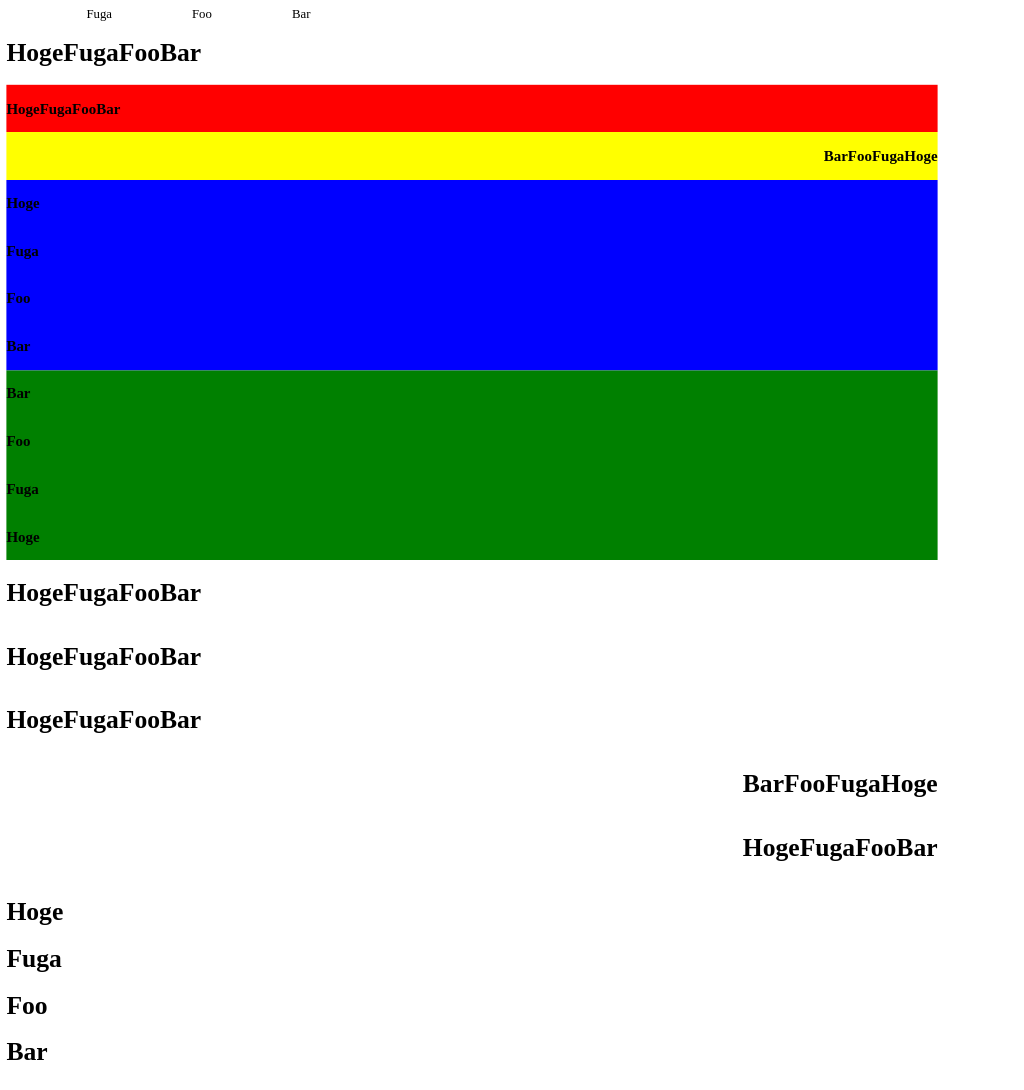
Repository: sachiko23/samurai_HTML-CSS
Page: flexbox.html
The author's editor kept a record of every edit. The page is drawn from the files as they stood at one moment, then again after the next edit.
The browser window is 1280 px wide. The pictures show the whole page, at 80% of full size.

Above is the page before.

### flexbox.html
<html lang="ja">
    <head>
        <style>
            .sort {
                display: flex;
                flex-wrap: wrap;
            }
            div {
                margin-right: 100px;
            }
            .parent {
                display: flex;
            }
            #sort {
                display: flex;
                flex-direction: row;
                background-color: red;
            }

            #reverse {
                display: flex;
                flex-direction: row-reverse;
                background-color: yellow;
            }

            #column {
                display: flex;
                flex-direction: column;
                background-color: blue;
            }

            #column-reverse {
                display: flex;
                flex-direction: column-reverse;
                background-color: green;
            }
            #no-wrap {
                display: flex;
                flex-wrap: nowrap;
            }
            #wrap {
                display: flex;
                flex-wrap: wrap;
            }
            #wrap-reverse {
                display: flex;
                flex-wrap: wrap-reverse;
            }
            #flex-flow {
                display: flex;
                flex-flow: row-reverse wrap;
            }
            #flex-end {
                display: flex;
                justify-content: flex-end;
            }
            #flex-start {
                display: flex;
                align-items: flex-start;
            }
            #stretch {
                display: flex;
                align-content: stretch;
            }

        </style>
    </head>
    <body>
        <div class="sort">
            <div>

            </div>
            <div>
                Fuga
            </div>
            <div>
                Foo
            </div>
            <div>
                Bar
            </div>
        </div>
        <div class="parent">
            <h1>Hoge</h1>
            <h1>Fuga</h1>
            <h1>Foo</h1>
            <h1>Bar</h1>
        </div>
        <div id="sort">
            <h3>Hoge</h3>
            <h3>Fuga</h3>
            <h3>Foo</h3>
            <h3>Bar</h3>
        </div>
        <div id="reverse">
            <h3>Hoge</h3>
            <h3>Fuga</h3>
            <h3>Foo</h3>
            <h3>Bar</h3>
        </div>
        <div id="column">
            <h3>Hoge</h3>
            <h3>Fuga</h3>
            <h3>Foo</h3>
            <h3>Bar</h3>
        </div>
        <div id="column-reverse">
            <h3>Hoge</h3>
            <h3>Fuga</h3>
            <h3>Foo</h3>
            <h3>Bar</h3>
        </div>
        <div id="no-wrap">
            <h1>Hoge</h1>
            <h1>Fuga</h1>
            <h1>Foo</h1>
            <h1>Bar</h1>
        </div>
        <div id="wrap">
            <h1>Hoge</h1>
            <h1>Fuga</h1>
            <h1>Foo</h1>
            <h1>Bar</h1>
        </div>
        <div id="wrap-reverse">
            <h1>Hoge</h1>
            <h1>Fuga</h1>
            <h1>Foo</h1>
            <h1>Bar</h1>
        </div>
        <div id="flex-flow">
            <h1>Hoge</h1>
            <h1>Fuga</h1>
            <H1>Foo</H1>
            <h1>Bar</h1>
        </div>
        <div id="flex-end">
            <h1>Hoge</h1>
            <h1>Fuga</h1>
            <h1>Foo</h1>
            <h1>Bar</h1>
        </div>
        <div id="flex-starrt">
            <h1>Hoge</h1>
            <h1>Fuga</h1>
            <h1>Foo</h1>
            <h1>Bar</h1>
        </div>
        <div id="stretch"
    </body>
</html>

After the next edit:
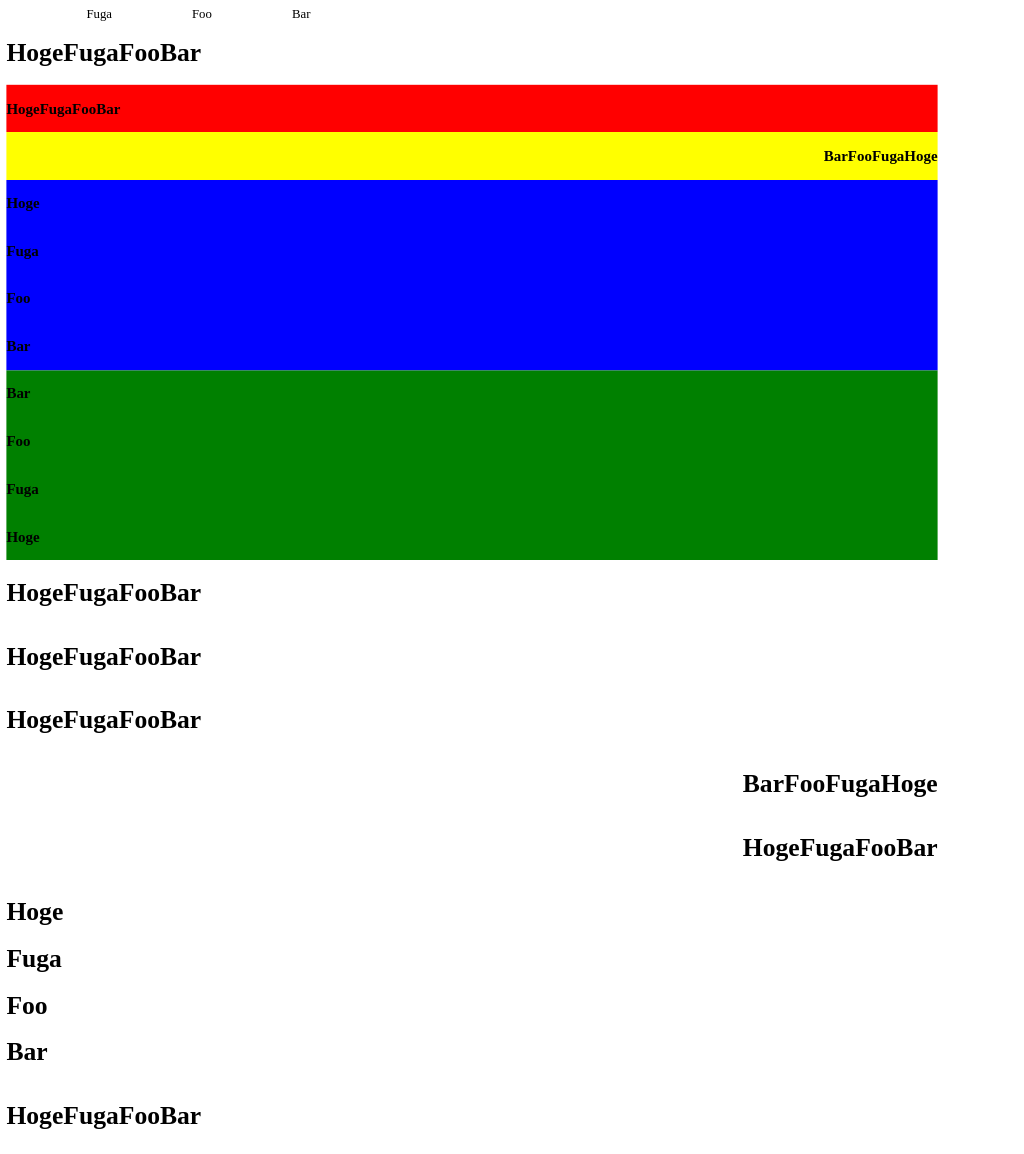
The edit:
--- a/flexbox.html
+++ b/flexbox.html
@@ -146,6 +146,11 @@
             <h1>Foo</h1>
             <h1>Bar</h1>
         </div>
-        <div id="stretch"
+        <div id="stretch">
+            <h1>Hoge</h1>
+            <h1>Fuga</h1>
+            <h1>Foo</h1>
+            <h1>Bar</h1>
+        </div>
     </body>
 </html>
